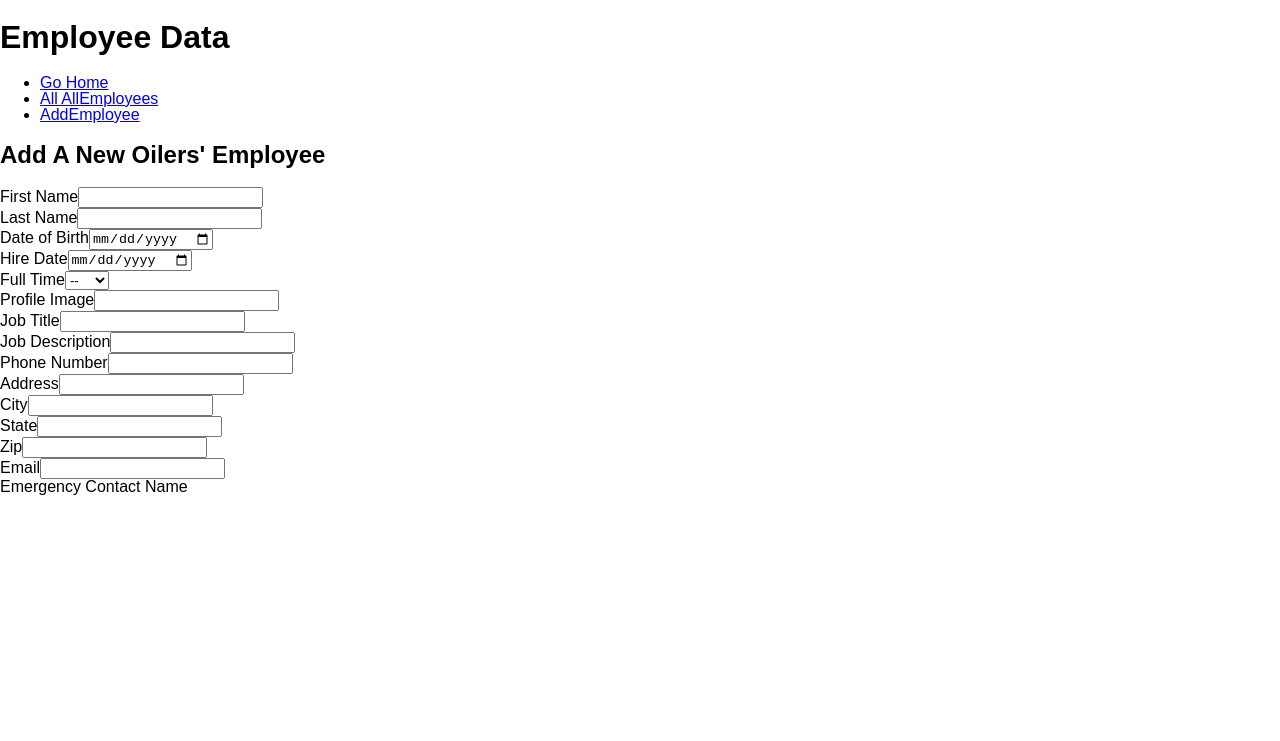
Repository: rh1456/employee-directory
Page: /2
These files come from the project's save history. The page is drawn as it stood at one moment and after the next save; the edit follows.
The browser window is 1280 px wide. The pictures show the whole page.
The project was rebuilt for these pictures with package versions that can differ from the ones it lists, and the page was loaded fresh each time. Also part of the build but not shown: src/components/HelloWorld.jsx, src/pages/HomePage.jsx, src/pages/NotFound.jsx, src/pages/AllEmployees.jsx.

Above is the page before, as saved 2019-12-07 15:13:18.

### public/index.html
<!DOCTYPE html>
<html lang="en">
  <head>
    <meta charset="utf-8">
    <link rel="shortcut icon" href="%PUBLIC_URL%/favicon.ico">
    <meta name="viewport" content="width=device-width, initial-scale=1, shrink-to-fit=no">
    <meta name="theme-color" content="#000000">
    <!--
      manifest.json provides metadata used when your web app is added to the
      homescreen on Android. See https://developers.google.com/web/fundamentals/web-app-manifest/
    -->
    <link rel="manifest" href="%PUBLIC_URL%/manifest.json">
    <!--
      Notice the use of %PUBLIC_URL% in the tags above.
      It will be replaced with the URL of the `public` folder during the build.
      Only files inside the `public` folder can be referenced from the HTML.

      Unlike "/favicon.ico" or "favicon.ico", "%PUBLIC_URL%/favicon.ico" will
      work correctly both with client-side routing and a non-root public URL.
      Learn how to configure a non-root public URL by running `npm run build`.
    -->
    <title>Employee Directory</title>
  </head>
  <body>
    <noscript>
      You need to enable JavaScript to run this app.
    </noscript>
    <div id="root"></div>
    <!--
      This HTML file is a template.
      If you open it directly in the browser, you will see an empty page.

      You can add webfonts, meta tags, or analytics to this file.
      The build step will place the bundled scripts into the <body> tag.

      To begin the development, run `npm start` or `yarn start`.
      To create a production bundle, use `npm run build` or `yarn build`.
    -->
  </body>
</html>

### src/App.jsx
import React from 'react'
import { BrowserRouter as Router, Link, Route, Switch } from 'react-router-dom'
// import AllEmployees from './pages/AllEmployees'
import AddEmployee from './pages/AddEmployee'
import HomePage from './pages/HomePage'
import NotFound from './pages/NotFound'
import AllEmployees from './pages/AllEmployees'

const App = () => {
  return (
    <Router>
      <header>
        <h1>Employee Data</h1>
        <nav>
          <ul>
            <li>
              <Link to="/">Go Home</Link>
            </li>
            <li>
              <Link to="/1">All AllEmployees</Link>
            </li>
            <li>
              <Link to="/2">AddEmployee</Link>
            </li>
          </ul>
        </nav>
      </header>
      <Switch>
        <Route exact path="/" component={HomePage}></Route>
        <Route exact path="/1" component={AllEmployees}></Route>
        <Route exact path="/2" component={AddEmployee}></Route>
        <Route path="*" component={NotFound}></Route>
      </Switch>
    </Router>
  )
}

export default App

### src/pages/AddEmployee.jsx
import React, { useState } from 'react'
import { Redirect } from 'react-router-dom'
import axios from 'axios'

const AddEmployee = () => {
  const [resetForm, setResetForm] = useState('')
  const [firstName, setFirstName] = useState('')
  const [lastName, setLastName] = useState('')
  const [birthday, setBirthday] = useState('')
  const [hireDate, setHireDate] = useState('')
  const [isFullTime, setIsFullTime] = useState('')
  const [profileImage, setProfileImage] = useState('')
  const [jobTitle, setJobTitle] = useState('')
  const [jobDescription, setJobDescription] = useState('')
  const [phoneNumber, setPhoneNumber] = useState('')
  const [address, setAdress] = useState('')
  const [city, setCity] = useState('')
  const [state, setState] = useState('')
  const [zip, setZip] = useState('')
  const [email, setEmail] = useState('')
  const [emergencyContactPerson, setEmergencyContactPerson] = useState('')
  const [emergencyContactPhone, setEmergencyContactPhone] = useState('')
  const [emergencyContactAddress, setEmergencyContactAddress] = useState('')
  const [ptoHours, setPtoHours] = useState('')

  const submitForm = async event => {
    event.preventDefault()
    const resp = await axios.post(
      'https://sdg-staff-directory-app.herokuapp.com/api/oilers/Employees',

      {
        firstName: firstName,
        lastName: lastName,
        birthday: birthday,
        hireDate: hireDate,
        isFullTime: isFullTime,
        profileImage: profileImage,
        jobTitle: jobTitle,
        jobDescription: jobDescription,
        phoneNumber: phoneNumber,
        address: address,
        city: city,
        state: state,
        zip: zip,
        email: email,
        emergencyContactPerson: emergencyContactPerson,
        emergencyContactPhone: emergencyContactPhone,
        emergencyContactAddress: setEmergencyContactAddress,
        ptoHours,
        ptoHours,
      }
    )
  }
  return (
    <>
      <main>
        <h2> Add A New Oilers' Employee</h2>
        <form onSubmit={submitForm}>
          <section>
            <section className="employeeLabel">
              <label htmlFor="firstName">First Name</label>
              <input
                onChange={e => {
                  setFirstName(e.target.value)
                }}
                value={firstName}
                type="text"
              />
            </section>
            <section className="employeeLabel">
              <label htmlFor="lastName">Last Name</label>
              <input
                onChange={e => {
                  setLastName(e.target.value)
                }}
                value={lastName}
                type="text"
              />
            </section>
            <section className="employeeLabel">
              <label htmlFor="birthday">Date of Birth</label>
              <input
                className="dateData"
                onChange={e => {
                  setBirthday(e.target.value)
                }}
                type="date"
                value={birthday}
              />
            </section>
            <section className="employeeLabel">
              <label htmlFor="hireDate">Hire Date</label>
              <input
                className="dateData"
                onChange={e => {
                  setHireDate(e.target.value)
                }}
                type="date"
                value={hireDate}
              />
            </section>
            <section className="employeeLabel">
              <label htmlFor="fullTime">Full Time</label>
              <select
                onChange={e => {
                  setIsFullTime(e.target.value)
                }}
                type="text"
                value={isFullTime}
              >
                <option value="">--</option>
                <option value="true">Yes</option>
                <option value="false">No</option>
              </select>
            </section>
            <section className="employeeLabel">
              <label htmlFor="profileImage">Profile Image</label>
              <input
                onChange={e => {
                  setProfileImage(e.target.value)
                }}
                type="url"
                value={profileImage}
              />
            </section>
            <section className="employeeLabel">
              <label htmlFor="jobTitle">Job Title</label>
              <input
                onChange={e => {
                  setJobTitle(e.target.value)
                }}
                type="text"
                value={jobTitle}
              />
            </section>
            <section className="employeeLabel">
              <label htmlFor="jobDescription">Job Description</label>
              <input
                onChange={e => {
                  setJobDescription(e.target.value)
                }}
                type="text"
                value={jobDescription}
              />
            </section>
            <section className="employeeLabel">
              <label htmlFor="phone">Phone Number</label>
              <input
                onChange={e => {
                  setPhoneNumber(e.target.value)
                }}
                type="text"
                value={phoneNumber}
              />
            </section>
            <section className="employeeLabel">
              <label htmlFor="address">Address</label>
              <input
                onChange={e => {
                  setAdress(e.target.value)
                }}
                type="text"
                value={address}
              />
            </section>
            <section className="employeeLabel">
              <label htmlFor="city">City</label>
              <input
                onChange={e => {
                  setCity(e.target.value)
                }}
                type="text"
                value={city}
              />
            </section>
            <section className="employeelabel">
              <label htmlFor="state">State</label>
              <input
                onChange={e => {
                  setState(e.target.value)
                }}
                type="text"
                value={state}
              />
            </section>
            <section className="employeeLabel">
              <label htmlFor="zip">Zip</label>
              <input
                onChange={e => {
                  setZip(e.target.value)
                }}
                type="text"
                value={zip}
              />
            </section>
            <section className="employeeLabel">
              <label htmlfor="email">Email</label>
              <input
                onChange={e => {
                  setEmail(e.target.value)
                }}
                type="text"
                value={email}
              />
            </section>
            <section className="employeeLabel">
              <label htmlFor="emergencyContactName">
                Emergency Contact Name
              </label>
            </section>
          </section>
        </form>
      </main>
    </>
  )
}

export default AddEmployee

Loaded but not shown: src/index.js (common file); src/index.css (common file)

After the next save:
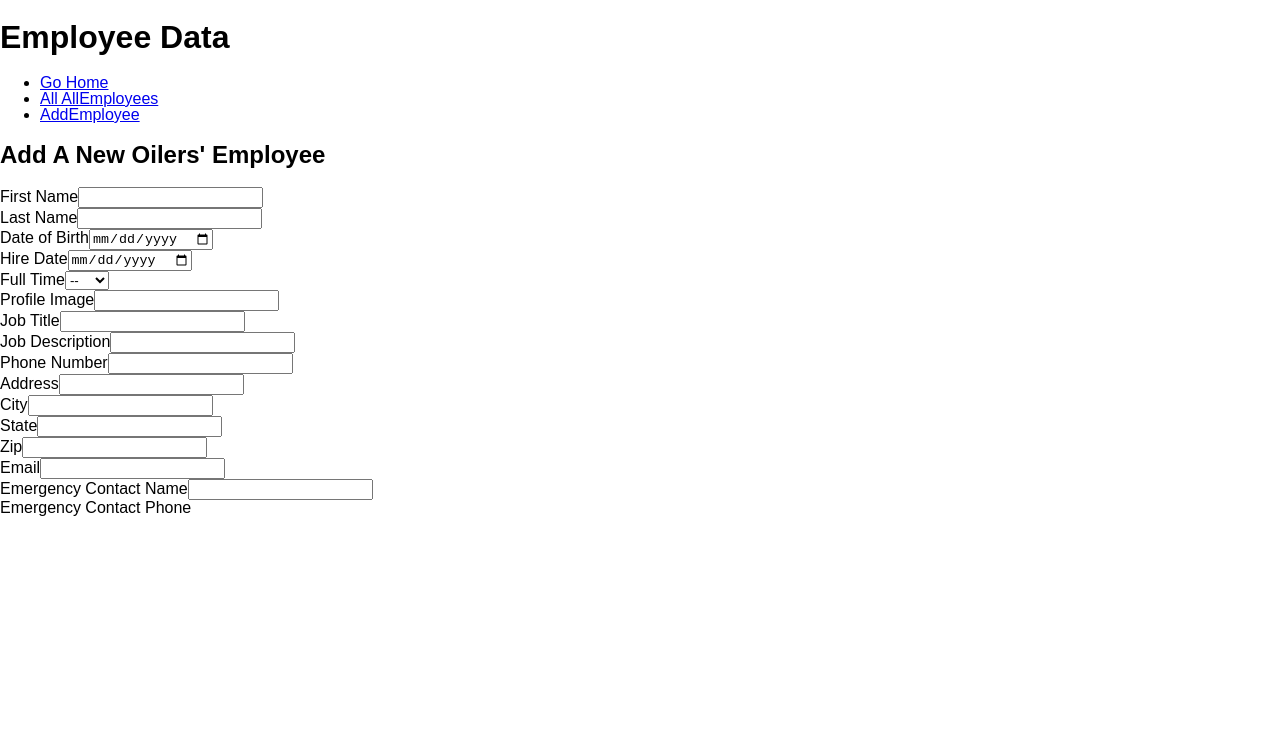
Saved 12 min 47 s later.
--- a/src/pages/AddEmployee.jsx
+++ b/src/pages/AddEmployee.jsx
@@ -207,6 +207,19 @@
               <label htmlFor="emergencyContactName">
                 Emergency Contact Name
               </label>
+              <input
+                onChange={e => {
+                  setEmergencyContactPerson(e.target.value)
+                }}
+                type="text"
+                value={setEmergencyContactPerson}
+              />
+            </section>
+            <section className="employeeLabel">
+              <label htmlFor="emergencyContactPhone">
+                {' '}
+                Emergency Contact Phone
+              </label>
             </section>
           </section>
         </form>
